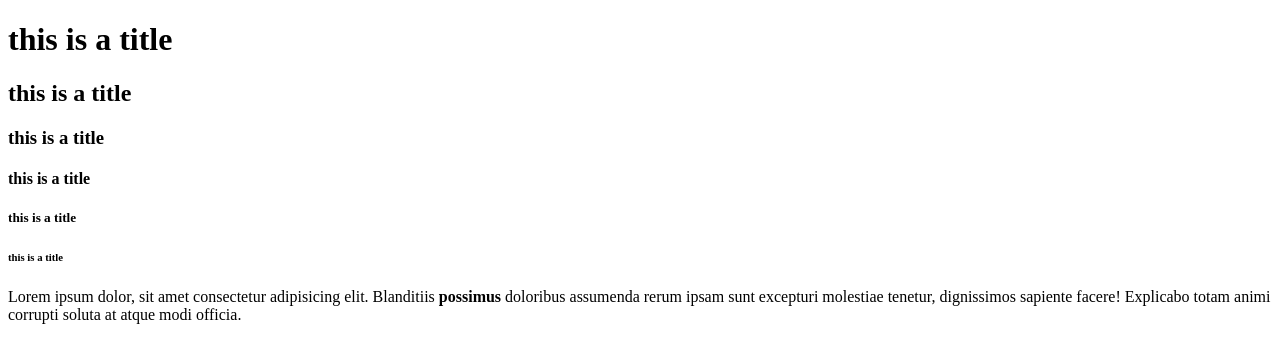
Repository: KelaiAffaf/luffy-courses
Page: index.html
An editor plug-in stored every save of this project. The page is shown before and after a run of saves, followed by the edit.
The browser window is 1280 px wide. The pictures show the whole page.

Above is the page before, as saved 2024-01-03 14:36:57.

After the next 3 saves:
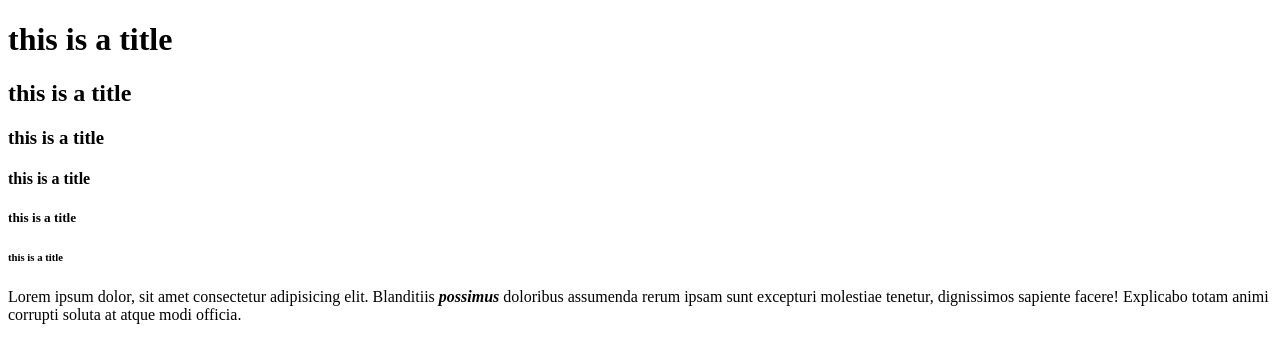
The 3 saves are shown as one change because they came seconds apart.
The last was saved 8 s later.
--- a/index.html
+++ b/index.html
@@ -22,7 +22,7 @@
     <!-- Paragraphs -->
 
     <p>Lorem ipsum dolor, sit amet consectetur adipisicing elit.
-        Blanditiis <b>possimus</b> doloribus assumenda rerum ipsam sunt
+        Blanditiis <b><i>possimus</i></b> doloribus assumenda rerum ipsam sunt
         excepturi molestiae tenetur, dignissimos sapiente facere!
         Explicabo totam animi corrupti soluta at atque modi officia.</p>
 
